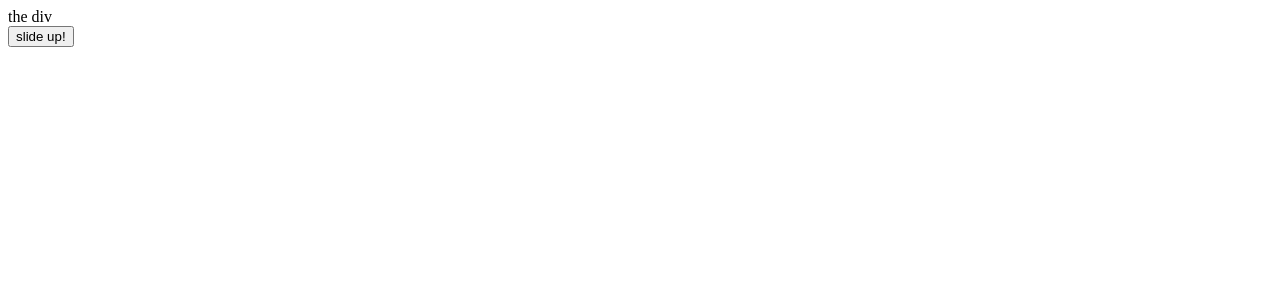
Repository: PoojaShirwaikar/BlockhainTest
Page: javascript/JQueryDemo/WebContent/animation.html
An editor plug-in stored every save of this project. The page is shown before and after the next save, followed by the edit.
The browser window is 1280 px wide. The pictures show the whole page.
Some web libraries are served in a nearby version.

Above is the page before, as saved 2017-11-13 08:48:38.

After the next save:
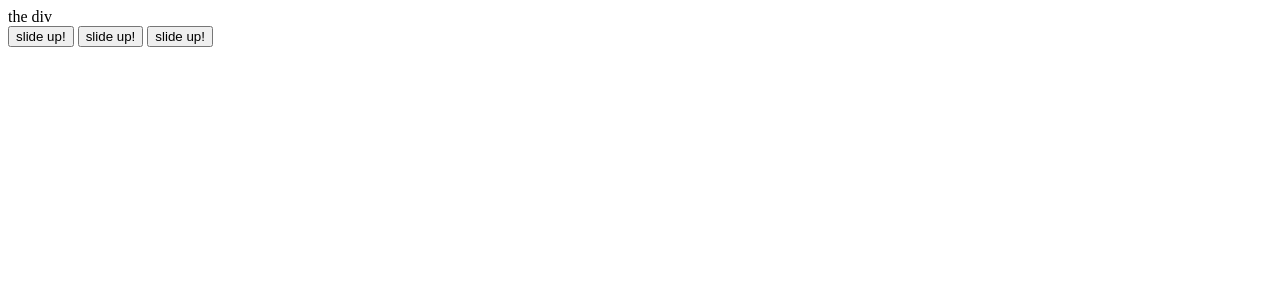
Saved 8 s later.
--- a/javascript/JQueryDemo/WebContent/animation.html
+++ b/javascript/JQueryDemo/WebContent/animation.html
@@ -13,5 +13,9 @@
 <body>
 	<div id="thediv">the div</div>
 	<button id="slideup">slide up!</button>
+	<button id="slideup">slide up!</button>
+
+	<button id="slideup">slide up!</button>
+
 </body>
 </html>
